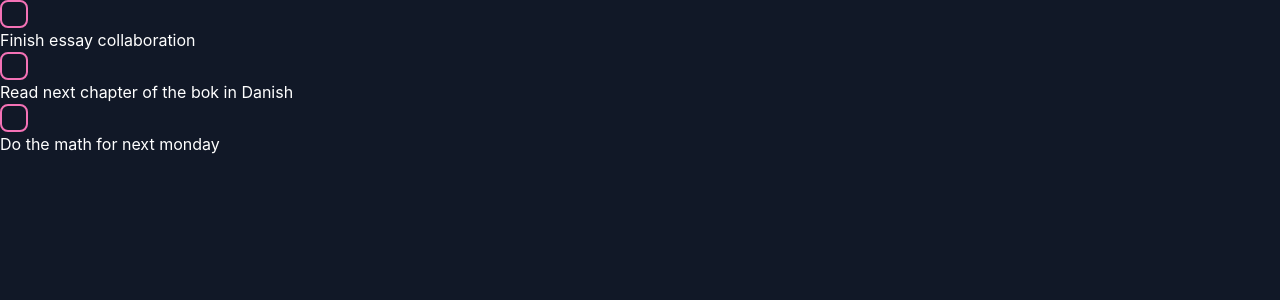
Repository: VachArt/react-exam-work
Page: /
The author's editor kept a copy of each file at every save. The page is drawn from the files as they stood at one save, then again after the next save.
The browser window is 1280 px wide. The pictures show the whole page.
The project was rebuilt for these pictures with package versions that can differ from the ones it lists, and the page was loaded fresh each time.

Above is the page before, as saved 2022-04-27 14:45:45.

### src/index.jsx
import React from 'react';
import ReactDOM from 'react-dom';
import './index.css';
import Home from './components/pages/Home/Home';

const root = ReactDOM.createRoot(document.getElementById('root'));
root.render(
  <React.StrictMode>
    <Home />
  </React.StrictMode>
);

### src/components/pages/Home/Home.jsx
import React from 'react'
import TodoItem from './item/TodoItem'

const todos = [
    {
        _id: "efnejhj",
        title: "Finish essay collaboration",
        isCompleted: false,
    },
    {
        _id: "efnejhrrrr",
        title: "Read next chapter of the bok in Danish",
        isCompleted: false,
    },
    {
        _id: "efnejhj2323",
        title: "Do the math for next monday",
        isCompleted: false,
    }
]

const Home = () => {
    return (
        <div className='bg-gray-900 h-screen text-white'>
            {todos.map(todo => (
                <TodoItem key={todo._id} todo={todo} />
            ))}
        </div>
    )
}

export default Home

### src/components/pages/Home/item/TodoItem.jsx
import React from 'react'
import Check from './Check'

const TodoItem = ({todo}) => {
    return (
        <div>
            <Check />
            {todo.title}
        </div>
    )
}



export default TodoItem

### src/components/pages/Home/item/Check.jsx
import React from 'react'
import {BsCheck} from 'react-icons/bs'


const Check = ({isComleted}) => {
    return (
        <div className='border-2 rounded-lg border-pink-400 w-7 h-7'>
            {isComleted &&
            <BsCheck size={24} className='text-gray-900'/>
            }
        </div>
    )
}

export default Check

Loaded but not shown: public/index.html (common file); src/index.css (common file); tailwind.config.js (common file)

After the next save:
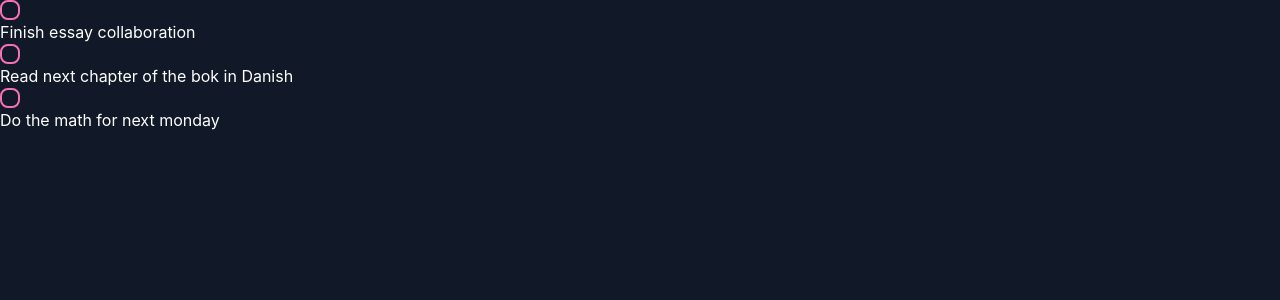
Saved 11 s later.
--- a/src/components/pages/Home/item/Check.jsx
+++ b/src/components/pages/Home/item/Check.jsx
@@ -4,7 +4,7 @@ import {BsCheck} from 'react-icons/bs'
 
 const Check = ({isComleted}) => {
     return (
-        <div className='border-2 rounded-lg border-pink-400 w-7 h-7'>
+        <div className='border-2 rounded-lg border-pink-400 w-5 h-5'>
             {isComleted &&
             <BsCheck size={24} className='text-gray-900'/>
             }
